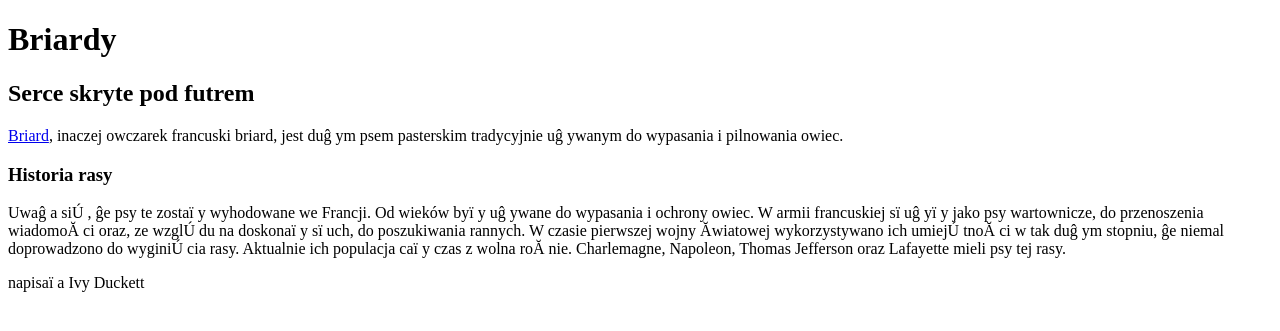
Repository: Lenerystia/HTML
Page: Rozdział 12/02.02.2022/Reaction for users clicks/hover_active_focus.html
An editor plug-in stored every save of this project. The page is shown before and after the next save, followed by the edit.
The browser window is 1280 px wide. The pictures show the whole page.

Above is the page before, as saved 2022-02-07 09:23:27.

### Rozdział 12/02.02.2022/Reaction for users clicks/hover_active_focus.html
<!DOCTYPE html>
<head>
    <meta charset="UTF-8">
    <title>Reakcja na działania użytkownika</title>
</head>
<body>
    <h1>Briardy</h1>
    <h2>Serce skryte pod futrem</h2>
    <p class=”intro”><a class=”breed” href=”http://pl.wikipedia.org/wiki/Briard”>
    Briard</a>, inaczej owczarek francuski briard, jest duĝ ym psem pasterskim
    tradycyjnie uĝ ywanym do wypasania i pilnowania owiec.</p>
    <h3>Historia rasy</h3>
    <p>Uwaĝ a siÚ , ĝe psy te zostaï y wyhodowane we Francji. Od wieków byï y uĝ ywane
    do wypasania i ochrony owiec. W armii francuskiej sï uĝ yï y jako psy
    wartownicze, do przenoszenia wiadomoĂ ci oraz, ze wzglÚ du na doskonaï y sï uch,
    do poszukiwania rannych. W czasie pierwszej wojny Ăwiatowej wykorzystywano
    ich umiejÚ tnoĂ ci
    w tak duĝ ym stopniu, ĝe niemal doprowadzono do wyginiÚ cia rasy.
    Aktualnie ich populacja caï y czas z wolna roĂ nie. Charlemagne, Napoleon,
    Thomas Jefferson oraz Lafayette mieli psy tej rasy.</p>
    <p class=”credits”>napisaï a Ivy Duckett</p>
</body>
</html>

After the next save:
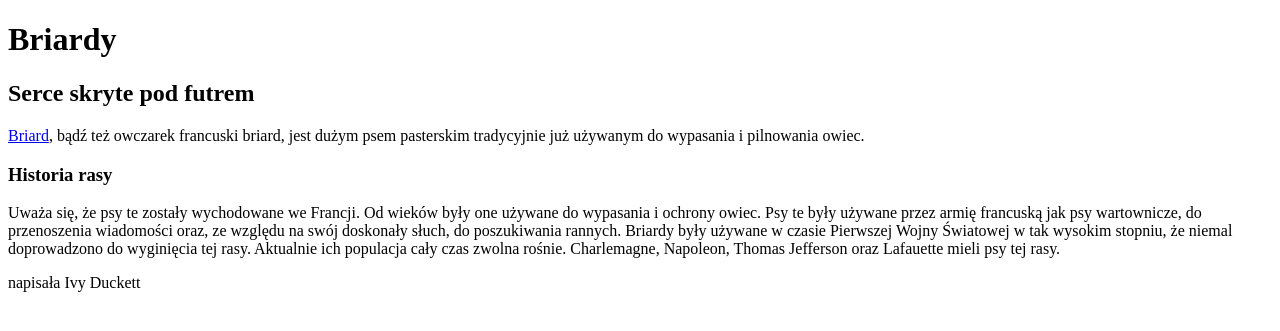
Saved 74 s later.
--- a/Rozdział 12/02.02.2022/Reaction for users clicks/hover_active_focus.html
+++ b/Rozdział 12/02.02.2022/Reaction for users clicks/hover_active_focus.html
@@ -6,18 +6,9 @@
 <body>
     <h1>Briardy</h1>
     <h2>Serce skryte pod futrem</h2>
-    <p class=”intro”><a class=”breed” href=”http://pl.wikipedia.org/wiki/Briard”>
-    Briard</a>, inaczej owczarek francuski briard, jest duĝ ym psem pasterskim
-    tradycyjnie uĝ ywanym do wypasania i pilnowania owiec.</p>
-    <h3>Historia rasy</h3>
-    <p>Uwaĝ a siÚ , ĝe psy te zostaï y wyhodowane we Francji. Od wieków byï y uĝ ywane
-    do wypasania i ochrony owiec. W armii francuskiej sï uĝ yï y jako psy
-    wartownicze, do przenoszenia wiadomoĂ ci oraz, ze wzglÚ du na doskonaï y sï uch,
-    do poszukiwania rannych. W czasie pierwszej wojny Ăwiatowej wykorzystywano
-    ich umiejÚ tnoĂ ci
-    w tak duĝ ym stopniu, ĝe niemal doprowadzono do wyginiÚ cia rasy.
-    Aktualnie ich populacja caï y czas z wolna roĂ nie. Charlemagne, Napoleon,
-    Thomas Jefferson oraz Lafayette mieli psy tej rasy.</p>
-    <p class=”credits”>napisaï a Ivy Duckett</p>
+	<p class="intro"><a class="breed" href="http://pl.wikipedia.org/wiki/Briard">Briard</a>, bądź też owczarek francuski briard, jest dużym psem pasterskim tradycyjnie już używanym do wypasania i pilnowania owiec.</p>
+	<h3>Historia rasy</h3>
+	<p>Uważa się, że psy te zostały wychodowane we Francji. Od wieków były one używane do wypasania i ochrony owiec. Psy te były używane przez armię francuską jak psy wartownicze, do przenoszenia wiadomości oraz, ze względu na swój doskonały słuch, do poszukiwania rannych. Briardy były używane w czasie Pierwszej Wojny Światowej w tak wysokim stopniu, że niemal doprowadzono do wyginięcia tej rasy. Aktualnie ich populacja cały czas zwolna rośnie. Charlemagne, Napoleon, Thomas Jefferson oraz Lafauette mieli psy tej rasy.</p>
+    <p class="credits">napisała Ivy Duckett</p>
 </body>
 </html>
